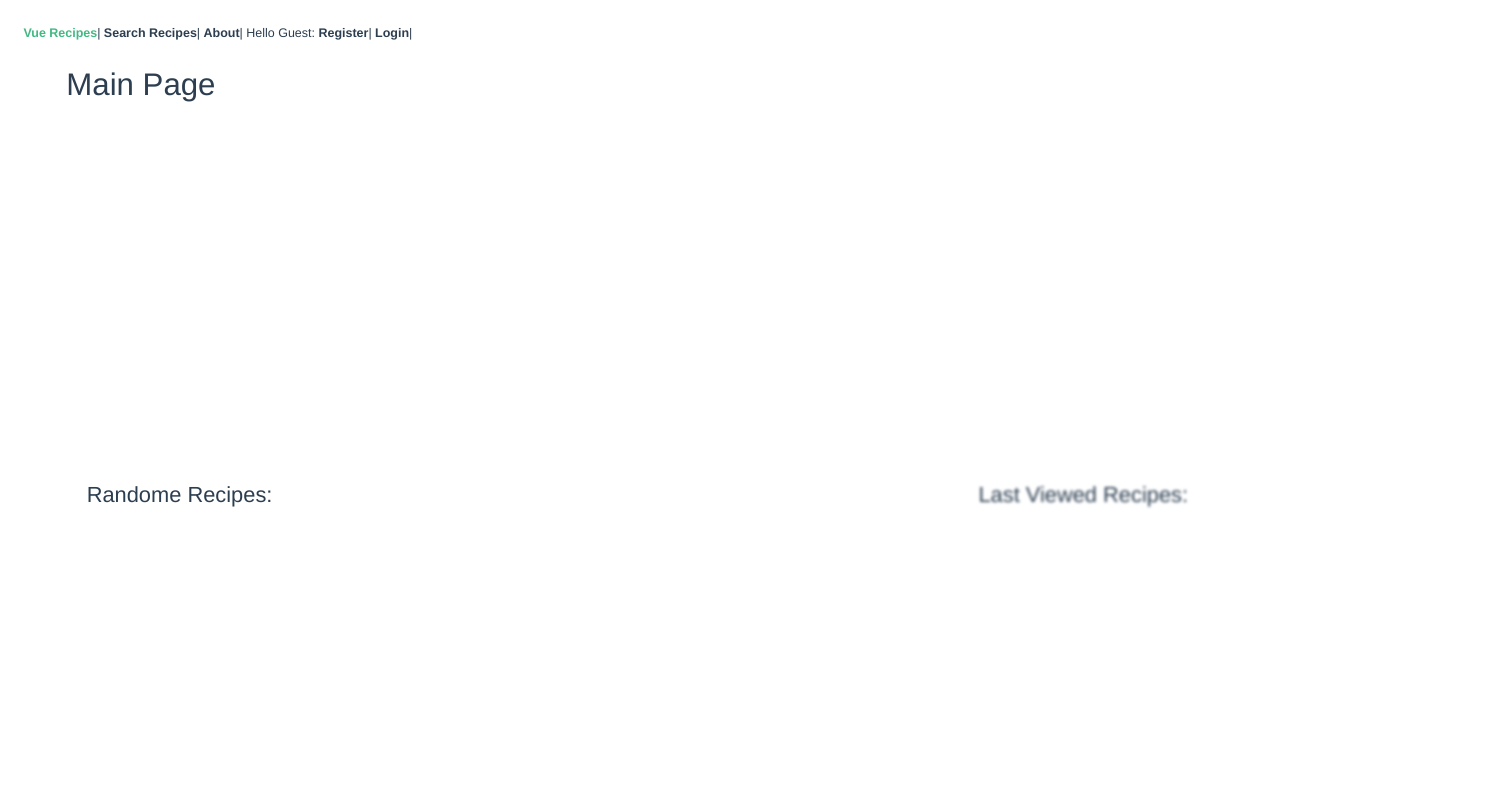
Repository: chenshor/cooking-site
Page: /
An editor plug-in stored every save of this project. The page is shown before and after the next save, followed by the edit.
The browser window is 1280 px wide. The page is 2338 px wide, then 1280 px, so the pictures cover 1920 px, including what lies to the right of the window. The pictures show the whole page, at 78% of full size.
The page's requests for data from a server got no answer. An inner scrolling area shows only its first screen. The project was rebuilt for these pictures with package versions that can differ from the ones it lists, and the page was loaded fresh each time. No one was signed in, and anything a server would have sent is missing. Also part of the build but not shown: vue.config.js, src/components/RecipePreview.vue, src/pages/NotFoundPage.vue, src/assets/cuisine.js, src/assets/diet.js, src/assets/intolerance.js, src/pages/SearchPage.vue, src/pages/RecipePage.vue and 5 more.

Above is the page before, as saved 2020-06-16 23:09:03.

### index.html
<!DOCTYPE html>
<html lang="en">
  <head>
    <meta charset="utf-8" />
    <meta http-equiv="X-UA-Compatible" content="IE=edge" />
    <meta
      name="viewport"
      content="width=device-width,initial-scale=1.0,shrink-to-fit=no"
    />
    <link rel="icon" href="<%= BASE_URL %>favicon.ico" />
    <title><%= htmlWebpackPlugin.options.title %></title>
  </head>
  <body>
    <noscript>
      <strong
        >We're sorry but <%= htmlWebpackPlugin.options.title %> doesn't work
        properly without JavaScript enabled. Please enable it to
        continue.</strong
      >
    </noscript>
    <div id="app"></div>
    <!-- built files will be auto injected -->
  </body>
</html>

### src/main.js
import Vue from "vue";
import App from "./App.vue";
import VueAxios from "vue-axios";
import axios from "axios";

import routes from "./routes";
import VueRouter from "vue-router";
Vue.use(VueRouter);
const router = new VueRouter({
  routes,
});

import Vuelidate from "vuelidate";
import "bootstrap/dist/css/bootstrap.css";
import "bootstrap-vue/dist/bootstrap-vue.css";
import {
  FormGroupPlugin,
  FormPlugin,
  FormInputPlugin,
  ButtonPlugin,
  CardPlugin,
  NavbarPlugin,
  FormSelectPlugin,
  AlertPlugin,
  ToastPlugin,
  LayoutPlugin,
} from "bootstrap-vue";
[
  FormGroupPlugin,
  FormPlugin,
  FormInputPlugin,
  ButtonPlugin,
  CardPlugin,
  NavbarPlugin,
  FormSelectPlugin,
  AlertPlugin,
  ToastPlugin,
  LayoutPlugin,
].forEach((x) => Vue.use(x));
Vue.use(Vuelidate);

axios.interceptors.request.use(
  function(config) {
    // Do something before request is sent
    return config;
  },
  function(error) {
    // Do something with request error
    return Promise.reject(error);
  }
);

// Add a response interceptor
axios.interceptors.response.use(
  function(response) {
    // Do something with response data
    return response;
  },
  function(error) {
    // Do something with response error
    return Promise.reject(error);
  }
);

Vue.use(VueAxios, axios);

Vue.config.productionTip = false;

const shared_data = {
  username: localStorage.username,
  login(username) {
    localStorage.setItem("username", username);
    this.username = username;
    console.log("login", this.username);
  },
  logout() {
    console.log("logout");
    localStorage.removeItem("username");
    this.username = undefined;
  },
};
console.log(shared_data);
// Vue.prototype.$root.store = shared_data;

new Vue({
  router,
  data() {
    return {
      store: shared_data,
    };
  },
  methods: {
    toast(title, content, variant = null, append = false) {
      this.$bvToast.toast(`${content}`, {
        title: `${title}`,
        toaster: "b-toaster-top-center",
        variant: variant,
        solid: true,
        appendToast: append,
        autoHideDelay: 3000,
      });
    },
  },
  render: (h) => h(App),
}).$mount("#app");

### src/App.vue
<template>
  <div id="app">
    <div id="nav">
      <router-link to="/">Vue Recipes</router-link>|
      <router-link to="/search">Search Recipes</router-link>|
      <router-link to="/about">About</router-link>|
      <span v-if="!$root.store.username">
        Hello Guest:
        <router-link to="/register">Register</router-link>|
        <router-link to="/login">Login</router-link>|
      </span>
      <span v-else>
        {{ $root.store.username }}:
        <button @click="Logout">Logout</button>|
      </span>
    </div>
    <router-view />
  </div>
</template>

<script>
export default {
  name: "App",
  methods: {
    async Logout() {
      this.$root.store.logout();
      const response = await this.axios.post(
        "https://ass3-2.herokuapp.com/logout"
      );
      this.$root.toast("Logout", "User logged out successfully", "success");

      this.$router.push("/").catch(() => {
        this.$forceUpdate();
      });
    }
  }
};
</script>

<style lang="scss">
#app {
  font-family: Avenir, Helvetica, Arial, sans-serif;
  -webkit-font-smoothing: antialiased;
  -moz-osx-font-smoothing: grayscale;
  color: #2c3e50;
  min-height: 100vh;
}

#nav {
  padding: 30px;
}

#nav a {
  font-weight: bold;
  color: #2c3e50;
}

#nav a.router-link-exact-active {
  color: #42b983;
}
</style>

### src/routes.js
import Main from "./pages/MainPage";
import NotFound from "./pages/NotFoundPage";
import Search from "./pages/SearchPage";
import Recipe from "./pages/RecipePage";
import Register from "./pages/RegisterPage";
import About from "./pages/AboutPage";
import FamilyRecipes from "./pages/FamilyRecipesPage";

const routes = [
  {
    path: "/",
    name: "main",
    component: Main,
  },
  {
    path: "/login",
    name: "login",
    component: () => import("./pages/LoginPage"),
  },
  {
    path: "*",
    name: "notFound",
    component: NotFound,
  },
  {
    path: "/search",
    name: "search",
    component: () => import("./pages/SearchPage"),
  },
  {
    path: "/recipe:recipeId",
    name: "recipe",
    component: () => import("./pages/RecipePage"),
  },
  {
    path: "/register",
    name: "register",
    component: () => import("./pages/RegisterPage"),
  },
  {
    path: "/about",
    name: "about",
    component: () => import("./pages/AboutPage"),
  },
  {
    path: "/users/FamilyList",
    name: "FamilyRecipes",
    component: () => import("./pages/FamilyRecipesPage"),
  },
];

export default routes;

### src/pages/MainPage.vue
<template>
  <div class="container">
    <h1 class="title">Main Page</h1>
    <div class="grid">
      <div class="random">
        <RecipePreviewList
          title="Randome Recipes"
          class="RandomRecipes center"
        />
      </div>
      <div class="lastview">
        <RecipePreviewList
          title="Last Viewed Recipes"
          :class="{
            RandomRecipes: true,
            blur: !$root.store.username,
            center: true,
          }"
          disabled
        >
        </RecipePreviewList>
      </div>
      <div class="buttonLogin">
        <router-link v-if="!$root.store.username" to="/login" tag="button"
          >You need to Login to vue this</router-link
        >
      </div>
    </div>
    <!-- <div
      style="position: absolute;top: 70%;left: 50%;transform: translate(-50%, -50%);"
    >
      Centeredasdasdad
    </div> -->
  </div>
</template>

<script>
import RecipePreviewList from "../components/RecipePreviewList";
export default {
  components: {
    RecipePreviewList,
  },
};
</script>

<style lang="scss" scoped>
.RandomRecipes {
  margin: 10px 0 10px;
}
.blur {
  -webkit-filter: blur(5px); /* Safari 6.0 - 9.0 */
  filter: blur(2px);
}
::v-deep .blur .recipe-preview {
  pointer-events: none;
  cursor: default;
}
.grid {
  display: grid;
  grid-template-columns: 100% 100%;
  grid-template-rows: 100% 100%;
  grid-gap: 3%;
  height: 100%;
  width: 100%;
}
.random {
  grid-row: 2/-1;
  padding: 1%;
  overflow: auto;
}
.lastview {
  grid-row: 2/-1;
  padding: 1%;
  overflow: auto;
}
.buttonLogin {
  grid-row: 2/-1;
  padding-top: 1%;
  overflow: auto;
  margin-top: 5%;
}
</style>

### src/components/RecipePreviewList.vue
<template>
  <b-container>
    <h3>
      {{ title }}:
      <slot></slot>
    </h3>
    <b-row>
      <b-col v-for="r in recipes" :key="r.id">
        <RecipePreview class="recipePreview" :recipe="r" />
      </b-col>
    </b-row>
  </b-container>
</template>

<script>
import RecipePreview from "./RecipePreview";
export default {
  name: "RecipePreviewList",
  components: {
    RecipePreview,
  },
  props: {
    title: {
      type: String,
      required: true,
    },
  },
  data() {
    return {
      recipes: [],
    };
  },
  mounted() {
    this.updateRecipes();
  },
  methods: {
    async updateRecipes() {
      try {
        ///////////////////////////////////////////////////////////////////// REPLACE!!!!!!!!!!!!!!!!!!!!!!!
        // const response = await this.axios.get(
        //   "https://ass3-2.herokuapp.com/recipes/randomRecipes"
        // );
        //////////////////////////////////////////////////////////////////////////////////
        const response = await this.axios.get(
          "https://test-for-3-2.herokuapp.com/recipes/random"
        );

        console.log(response);
        const recipes = response.data.randomRecipes;

        this.recipes = [];
        this.recipes.push(...recipes);
        // console.log(this.recipes);
      } catch (error) {
        console.log(error);
      }
    },
  },
};
</script>

<style lang="scss" scoped>
.container {
  min-height: 400px;
}
</style>

After the next save:
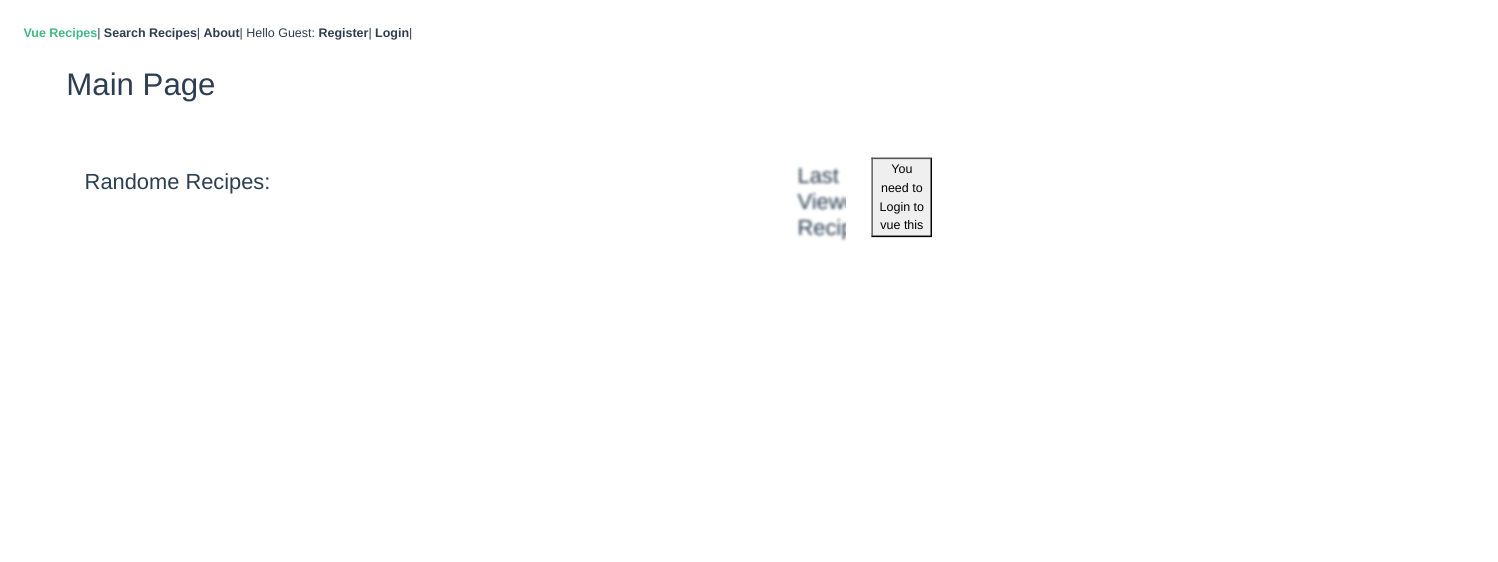
Saved 22 s later.
--- a/src/pages/MainPage.vue
+++ b/src/pages/MainPage.vue
@@ -57,8 +57,8 @@ export default {
 }
 .grid {
   display: grid;
-  grid-template-columns: 100% 100%;
-  grid-template-rows: 100% 100%;
+  grid-template-columns: 80%;
+  grid-template-rows: 10%;
   grid-gap: 3%;
   height: 100%;
   width: 100%;
